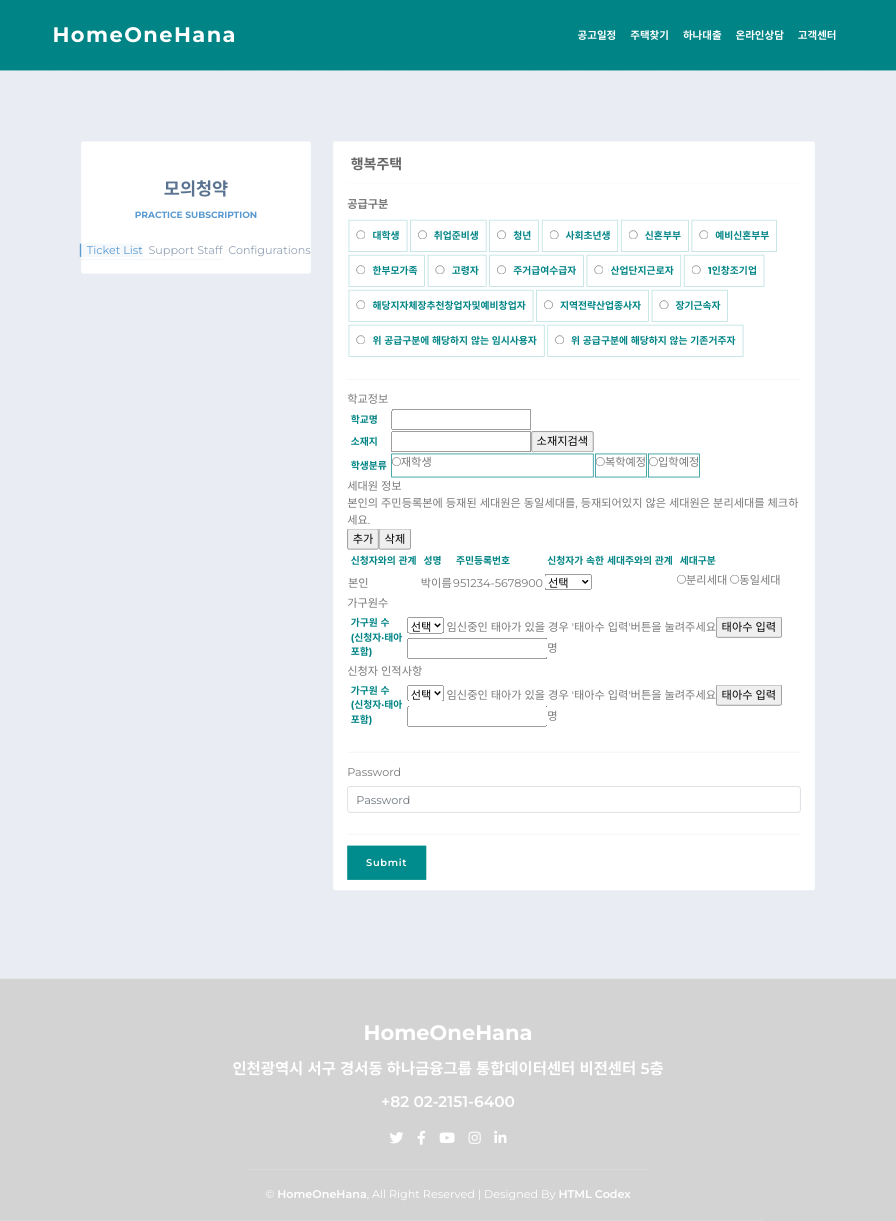
Repository: koposoftware/2021_10_syyoon
Page: http://localhost/HomeOneHana/WEB-INF/jsp/subscription/subscription.jsp
The author's editor kept a copy of each file at every save. The page is drawn from the files as they stood at one save, then again after the next save.
The browser window is 1280 px wide. The pictures show the whole page, at 70% of full size.
Some icons come from a web library that is not loaded, so they are not drawn. Some web libraries are served in a nearby version. The page is served by Tomcat 9. Nobody is signed in. The template is opened directly, without the code that normally fills it, so the values that code supplies are empty.

Above is the page before, as saved 2021-09-14 23:44:41.

After the next save:
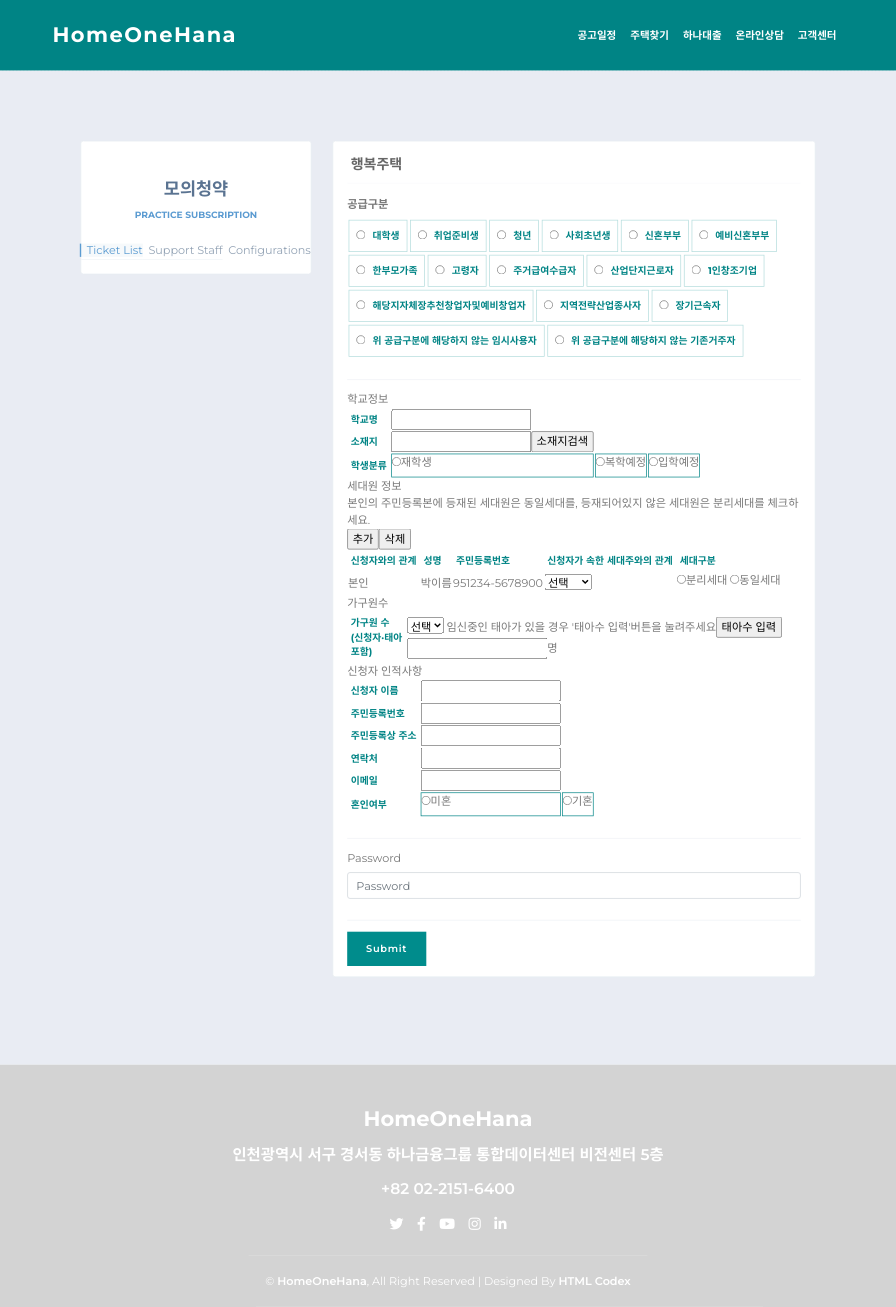
Saved 3 min 32 s later.
--- a/project/Spring-mvc/HomeOneHana/src/main/webapp/WEB-INF/jsp/subscription/subscription.jsp
+++ b/project/Spring-mvc/HomeOneHana/src/main/webapp/WEB-INF/jsp/subscription/subscription.jsp
@@ -167,17 +167,31 @@
 				                                		<table>
 
 					                                			<tr>
-					                                				<th><div class="icontent">가구원 수<br>(신청자·태아포함)</div></th>
-					                                				<td><select>
-				                                							<option selected>선택</option>
-				                                							<option>1</option>
-				                                							<option>2</option>
-				                                							<option>3</option>
-				                                							<option>4</option>
-				                                						</select>
-				                                						임신중인 태아가 있을 경우 '태아수 입력'버튼을 눌려주세요<input type="button" value="태아수 입력"><input type="text">명
-				                                					</td>
-					                                			</tr>
+					                                				<th><div class="icontent">신청자 이름</div></th>
+					                                				<td><input type="text" name="name"></td>
+					                                			</tr>
+					                                			<tr>
+					                                				<th><div class="icontent">주민등록번호</div></th>
+					                                				<td><input type="text" name="rescode"></td>
+					                                			</tr>
+					                                			<tr>
+					                                				<th><div class="icontent">주민등록상 주소</div></th>
+					                                				<td><input type="text" name="addrs"></td>
+					                                			</tr>
+					                                			<tr>
+					                                				<th><div class="icontent">연락처</div></th>
+					                                				<td><input type="text" name="tel"></td>
+					                                			</tr>
+					                                			<tr>
+					                                				<th><div class="icontent">이메일</div></th>
+					                                				<td><input type="text" name="email"></td>
+					                                			</tr>
+					                                			<tr>
+				                                				<th><div class="icontent">혼인여부</div></th>
+				                                				<td><div style="border:1px solid #008485;"><input type="radio" id="재학생" name="marry" value="N"><label for="재학생"  class="ranktitle"> 미혼</label></div></td>
+				                                				<td><div style="border:1px solid #008485;"><input type="radio" id="복학예정" name="marry" value="Y"><label for="복학예정"  class="ranktitle"> 기혼</label></div></td>
+				                                			</tr>
+
 				                                		</table>
 
 
